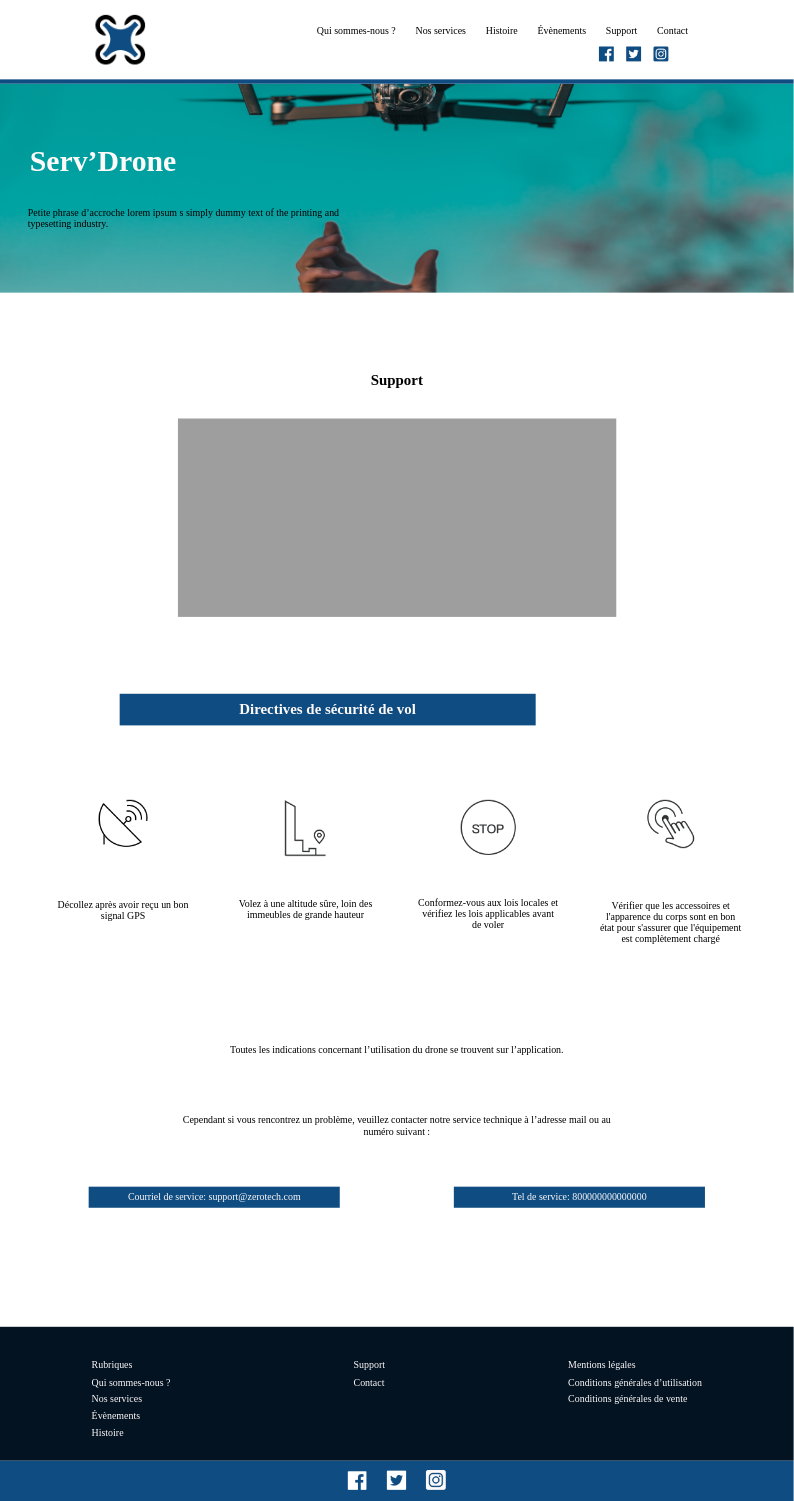
Repository: clairedupuich/serv_drone
Page: http://localhost/support.html
The author's editor kept a copy of each file at every save. The page is drawn from the files as they stood at one save, then again after a run of saves.
The browser window is 1280 px wide. The pictures show the whole page, at 62% of full size.
Pictures or frames that could not be fetched are drawn as grey boxes. The page is run by PHP 8.4 with error messages shown; the project is at /var/www/html/.

Above is the page before, as saved 2020-10-29 23:47:07.

After the next 2 saves:
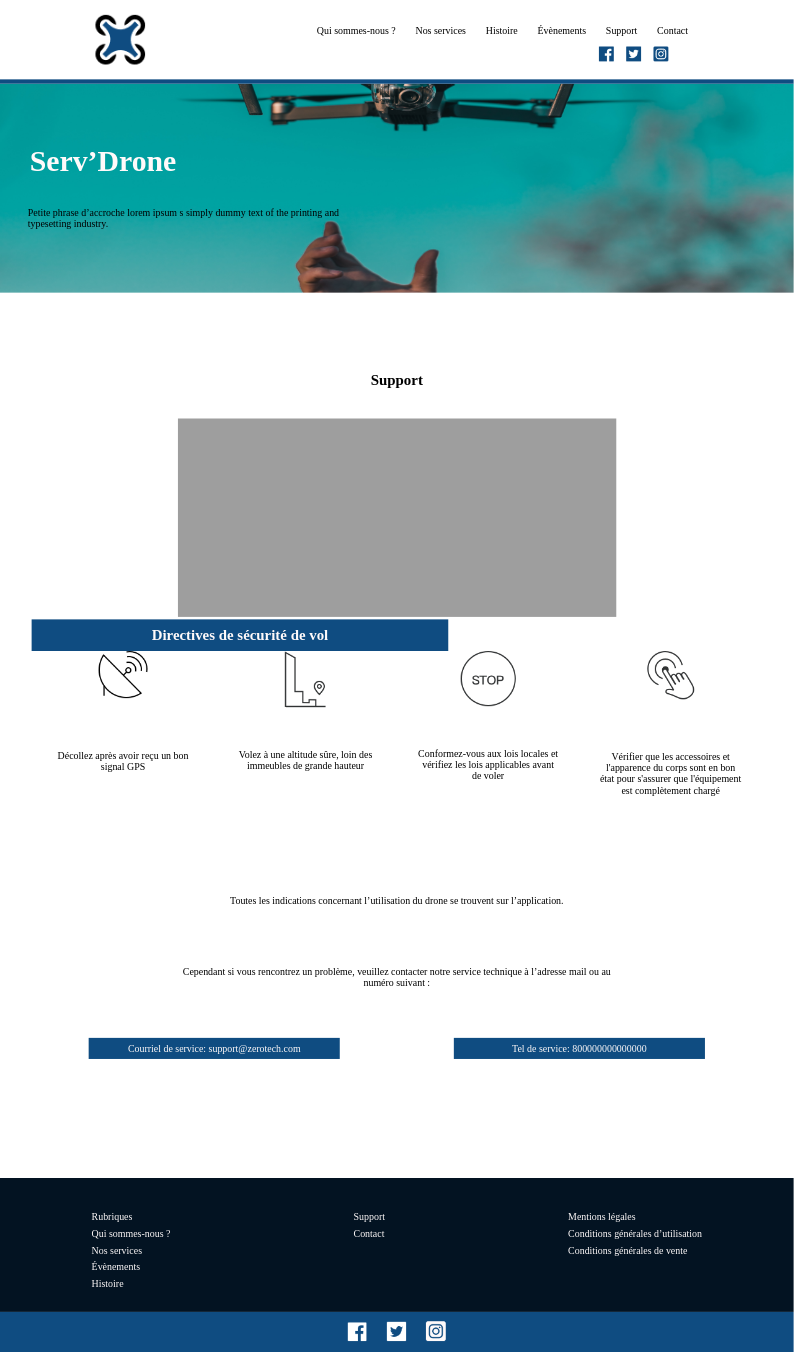
The 2 saves are shown as one change because they came seconds apart.
The last was saved 16 s later.
--- a/style.css
+++ b/style.css
@@ -108,6 +108,7 @@
 .titreIcon {
     color: snow;
     background-color: #0F4C81;
+    ba
     margin: 5em 12%;
     padding: .5em;
     width: 55%;

After the save that followed:
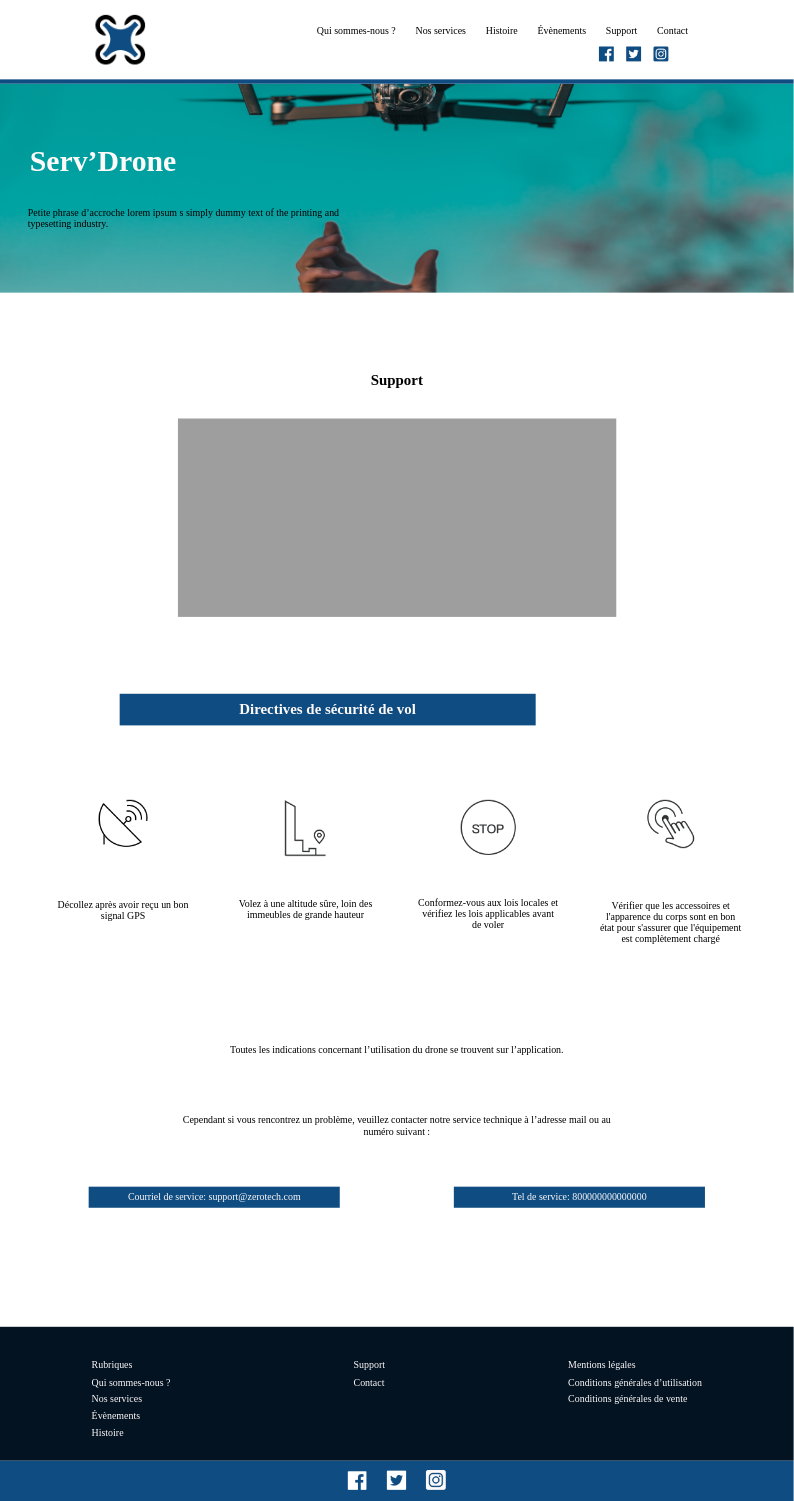
Saved 6 s later.
--- a/style.css
+++ b/style.css
@@ -108,7 +108,7 @@
 .titreIcon {
     color: snow;
     background-color: #0F4C81;
-    ba
+    background-clip: ;
     margin: 5em 12%;
     padding: .5em;
     width: 55%;
